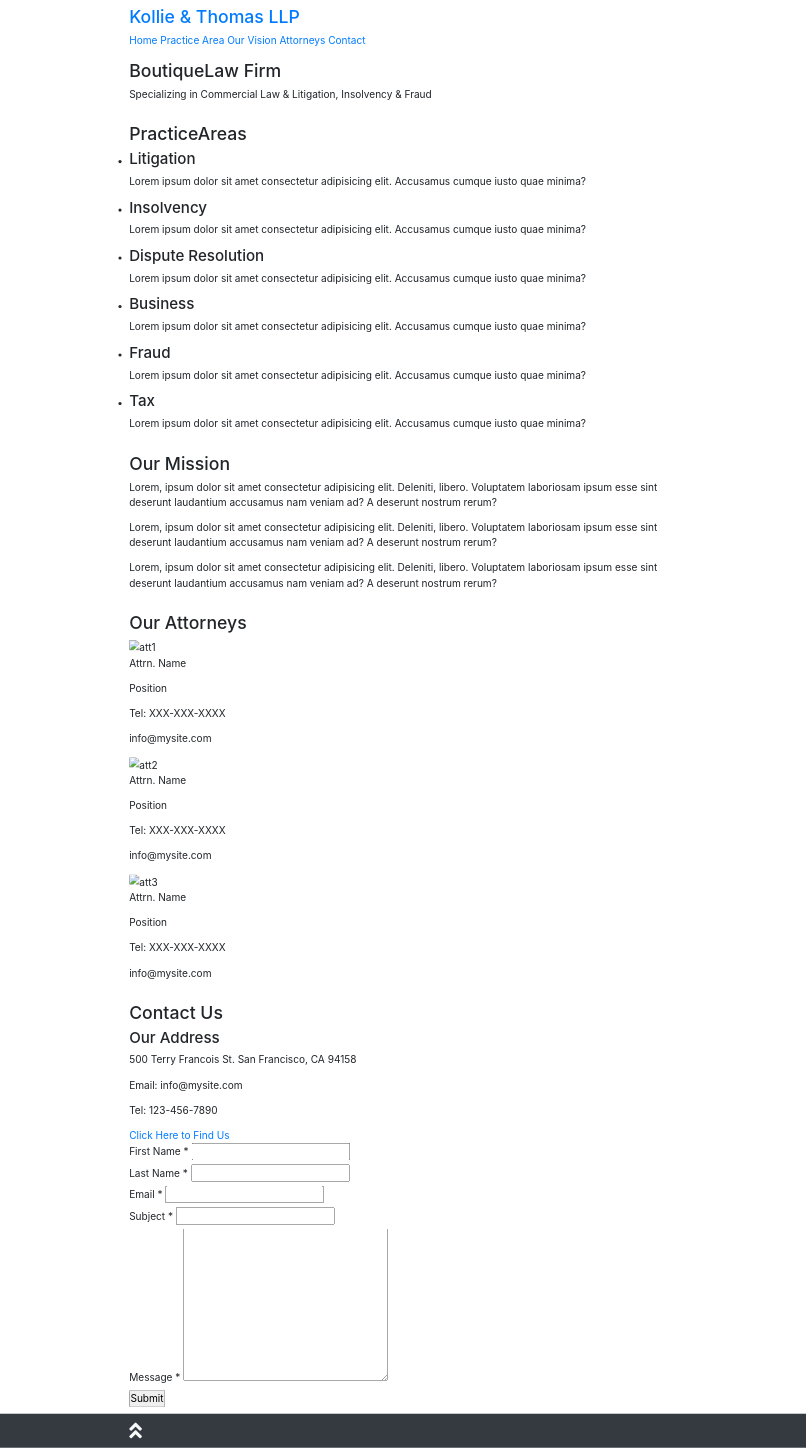
Repository: just-mann/kolllie-kolliellp
Page: index.html
These files come from the project's save history. The page is drawn as it stood at one moment and after a run of saves; the edit follows.
The browser window is 1280 px wide. The pictures show the whole page, at 63% of full size.

Above is the page before, as saved 2021-06-01 17:01:53.

After the next 12 saves:
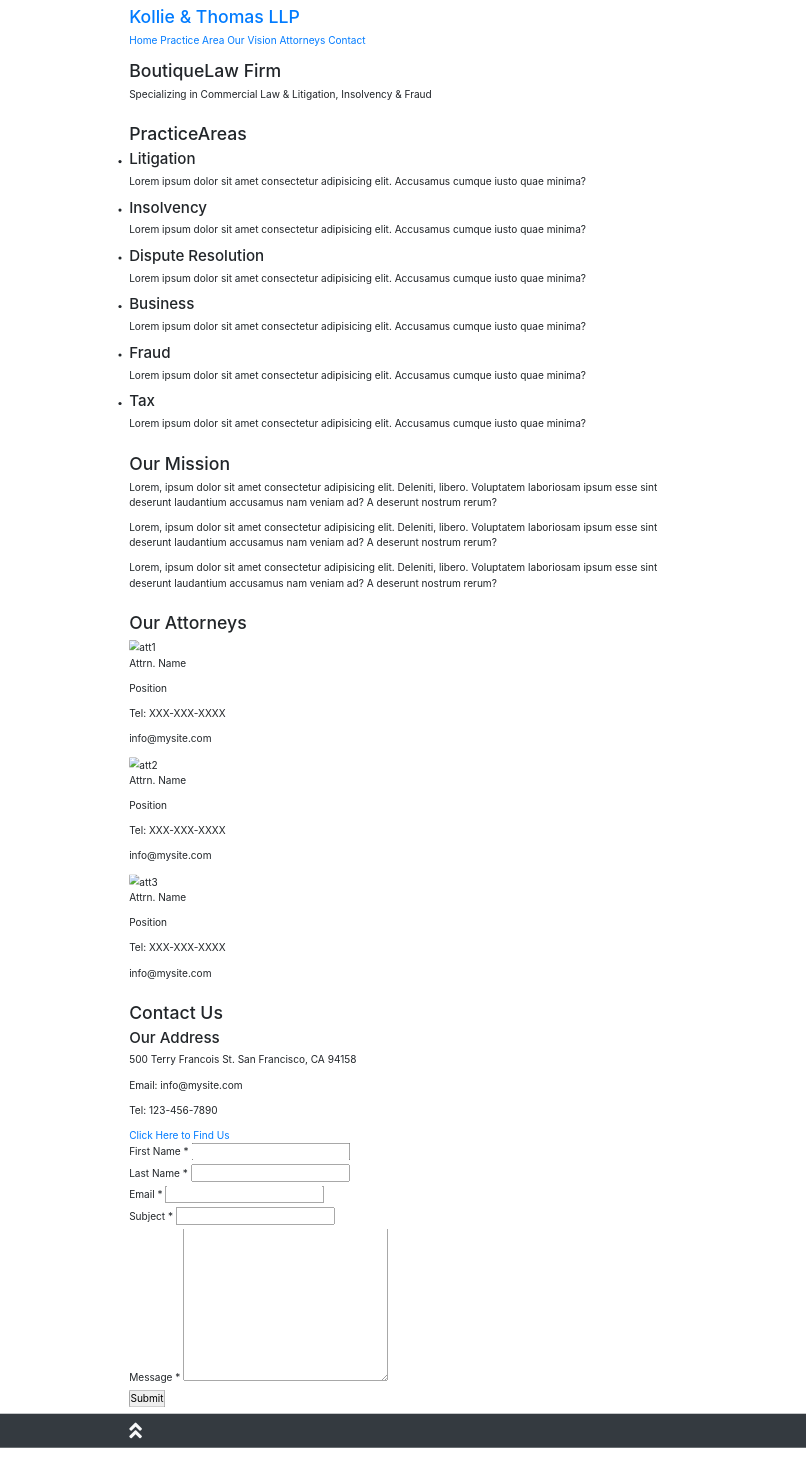
The 12 saves are shown as one change because they came seconds apart.
The last was saved 25 s later.
--- a/index.html
+++ b/index.html
@@ -172,8 +172,10 @@
             <i class="fas fa-angle-double-up fa-2x text-light"></i>
         </div>
     </section>
-    <footer>
-
+    <footer class="footer">
+        <div class="myContainer">
+            <p></p>
+        </div>
     </footer>
     <!-- Optional Scripts -->
     <script src="assets/scripts/myScript.js"></script>
